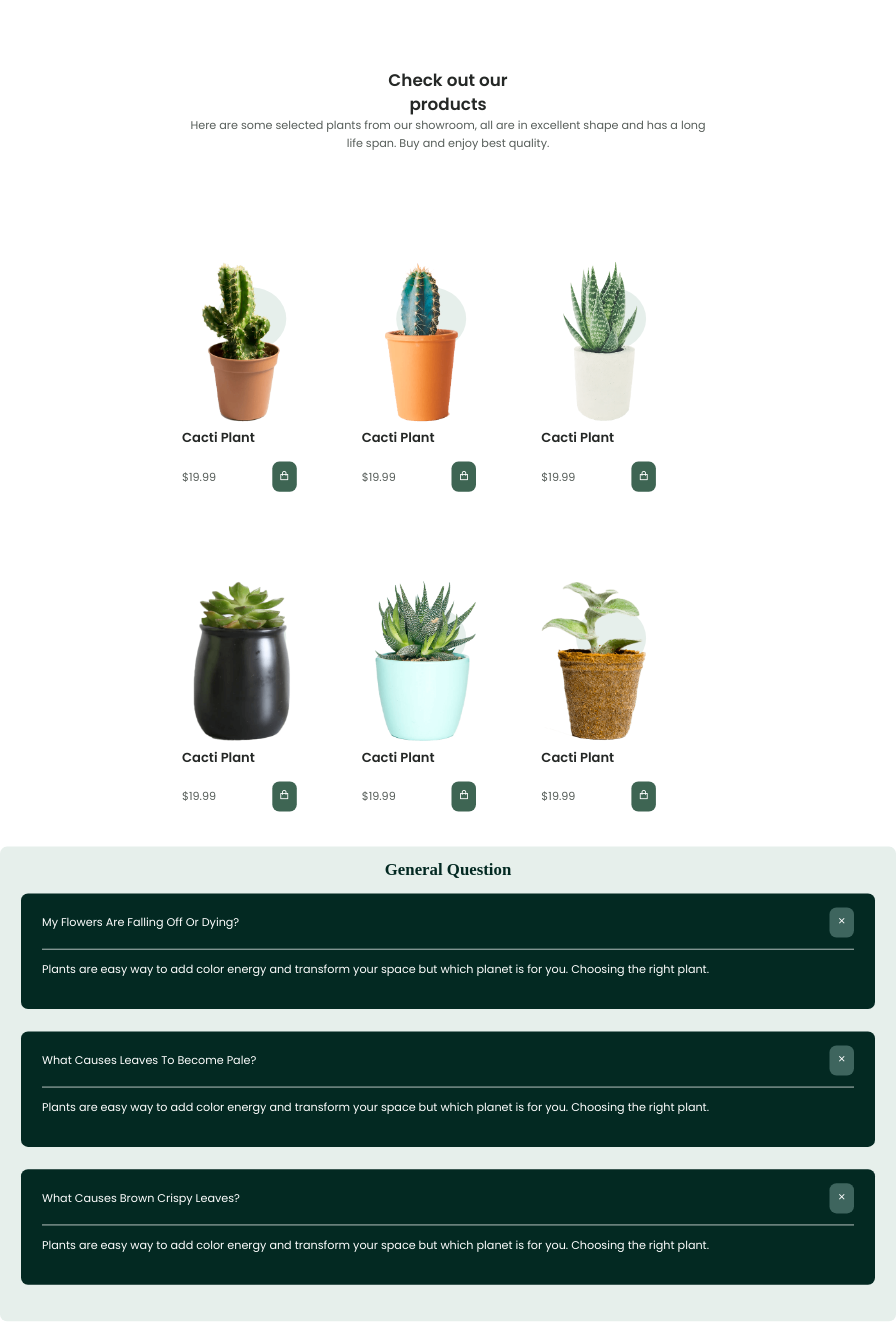
Repository: OmniaRafat232111121/plantwebsite
Page: index.html
An editor plug-in stored every save of this project. The page is shown before and after the next save, followed by the edit.
The browser window is 1280 px wide. The pictures show the part of the page from y = 1629 to 3549 px (the page is 3549 px tall before and 3417 px after), at 70% of full size.
After loading, the first visible `button.question-btn` was clicked once.

Above is the page before, as saved 2023-01-05 14:49:01.

After the next save:
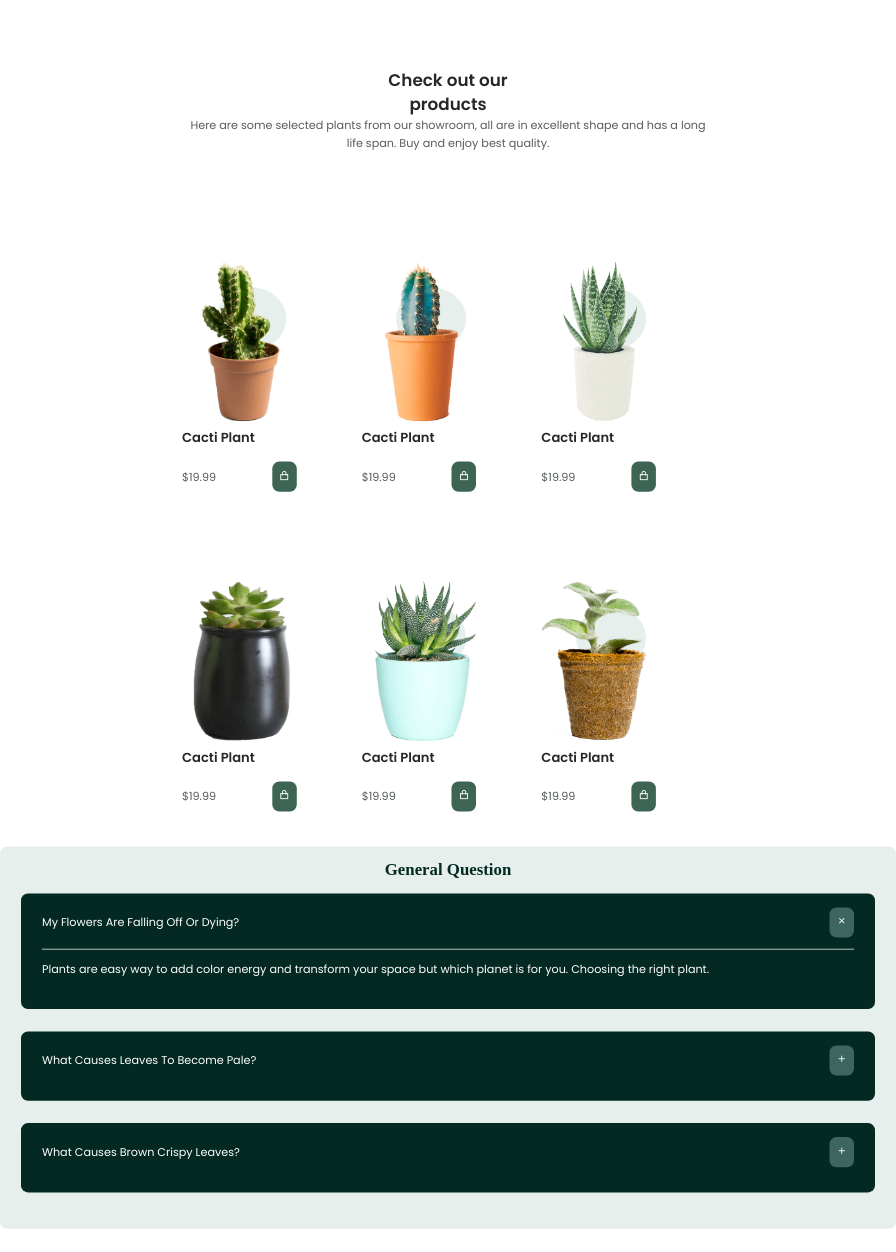
Saved 91 s later.
--- a/assets/js/main.js
+++ b/assets/js/main.js
@@ -16,12 +16,22 @@ window.addEventListener('scroll', function () {
 
 
 /*toggle questions*/
-const questions = document.querySelectorAll('.question');
+//using selectors inside the element
+const questions = document.querySelectorAll(".question");
+
 questions.forEach(function (question) {
-    //console.log(question);
-    const btn = question.querySelector('.question-btn');
+  const btn = question.querySelector(".question-btn");
+  // console.log(btn);
 
-    btn.addEventListener('click', function () {
-        question.classList.toggle('show-text');
-    })
-})
+  btn.addEventListener("click", function () {
+    // console.log(question);
+
+    questions.forEach(function (item) {
+      if (item !== question) {
+        item.classList.remove("show-text");
+      }
+    });
+
+    question.classList.toggle("show-text");
+  });
+});
